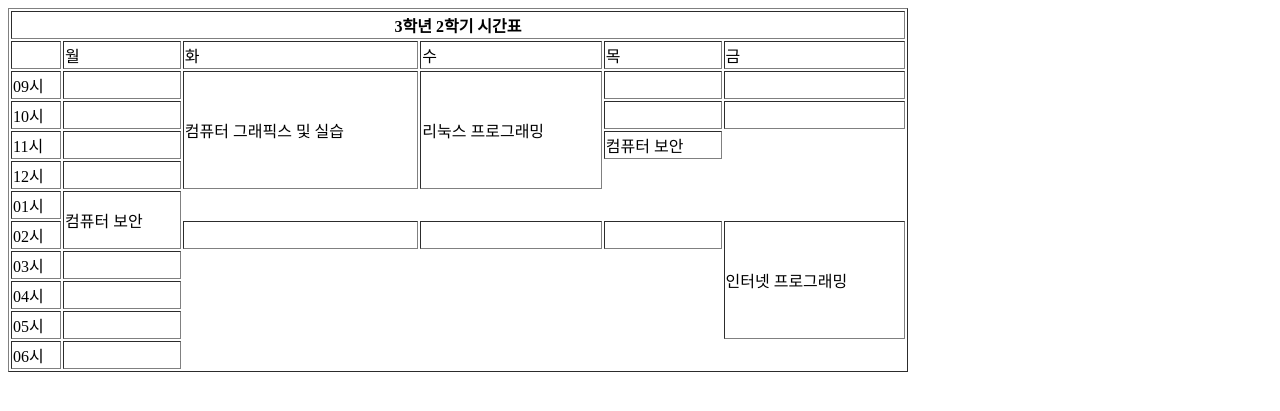
Repository: Cha-Ji/InternetProgramming
Page: week01/WebContent/hw04.html
An editor plug-in stored every save of this project. The page is shown before and after the next save, followed by the edit.
The browser window is 1280 px wide. The pictures show the whole page.

Above is the page before, as saved 2020-09-06 13:20:19.

### week01/WebContent/hw04.html
<!DOCTYPE html>
<html>
<head>
<meta charset="UTF-8">
<title>3-2 시간표</title>
</head>
<body>
	<table border="1" width ="900" >
	<th colspan = "6">3학년 2학기 시간표</th>
	<tr>
	    <td></td><td>월</td><td>화</td><td>수</td><td>목</td><td>금</td>
	</tr>
	<tr>
	    <td>09시</td>
	    <td></td>
	    <td rowspan = "4">컴퓨터 그래픽스 및 실습</td>
	    <td rowspan = "4">리눅스 프로그래밍</td>
	    <td></td>
	    <td></td>
	</tr>
	<tr>
	    <td>10시</td>
	    <td></td>
	    <td></td>
	    <td></td>

	</tr>
	<tr>
	    <td>11시</td>
	    <td></td>
	    <td>컴퓨터 보안</td>
	</tr>
		<tr>
	    <td>12시</td>
	    <td></td>
	</tr>
	<tr>
	    <td>01시</td>
	    <td rowspan = "2">컴퓨터 보안</td>
	</tr>
	<tr>
	    <td>02시</td>
	    <td></td>
	    <td></td>
	    <td></td>
	    <td rowspan = "4">인터넷 프로그래밍</td>
	</tr>
		<tr>
	    <td>03시</td>
	    <td></td>
	</tr>
		<tr>
	    <td>04시</td>
	    <td></td>
	</tr>
	<tr>
	    <td>05시</td>
	    <td></td>
	</tr>
	<tr>
	    <td>06시</td>
	    <td></td>
	</tr>
    </table>
</body>
</html>

After the next save:
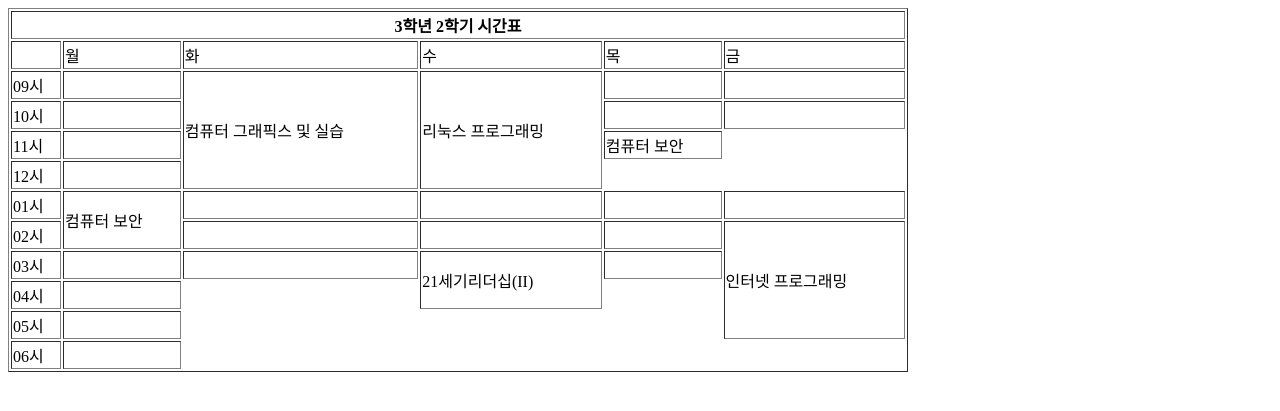
Saved 59 s later.
--- a/week01/WebContent/hw04.html
+++ b/week01/WebContent/hw04.html
@@ -37,6 +37,10 @@
 	<tr>
 	    <td>01시</td>
 	    <td rowspan = "2">컴퓨터 보안</td>
+	    <td></td>
+	    <td></td>
+	    <td></td>
+	    <td></td>
 	</tr>
 	<tr>
 	    <td>02시</td>
@@ -47,6 +51,9 @@
 	</tr>
 		<tr>
 	    <td>03시</td>
+	    <td></td>
+	    <td></td>
+	    <td rowspan = "2">21세기리더십(II)</td>
 	    <td></td>
 	</tr>
 		<tr>
